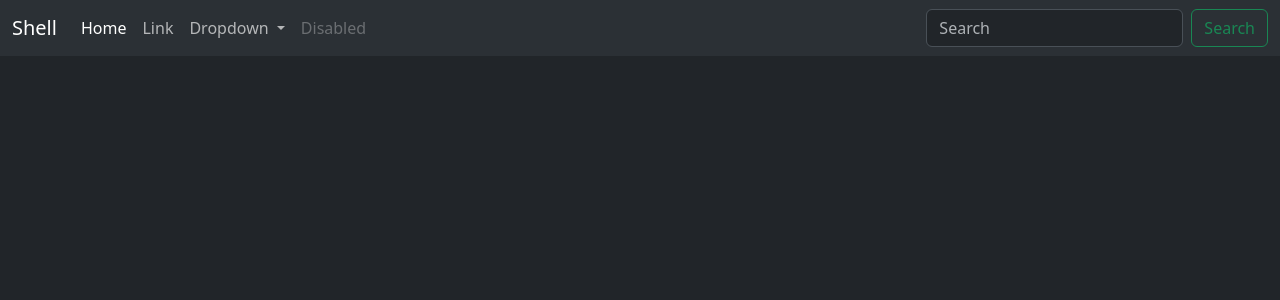
Repository: VictoriousMango/Archive
Page: index.html
An editor plug-in stored every save of this project. The page is shown before and after the next save, followed by the edit.
The browser window is 1280 px wide. The pictures show the whole page.

Above is the page before, as saved 2024-06-05 23:28:26.

After the next save:
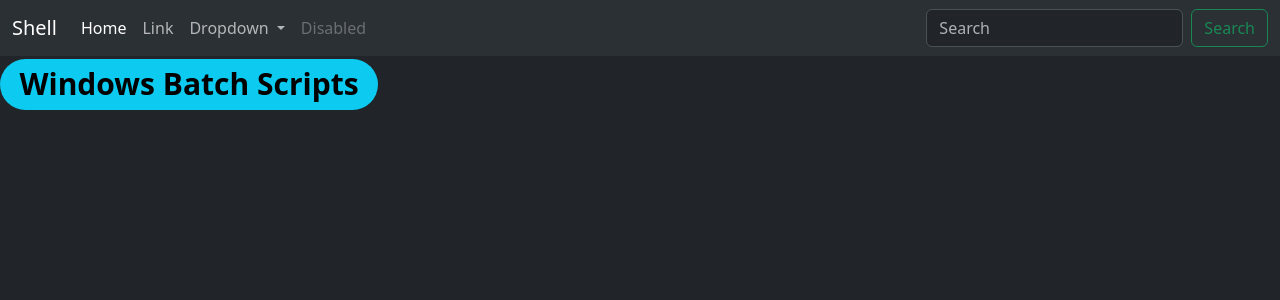
Saved 26 min 50 s later.
--- a/index.html
+++ b/index.html
@@ -44,6 +44,9 @@
             </div>
         </nav>
         <!-- NavBar -->
+
+        <h1><span class="badge rounded-pill text-bg-info">Windows Batch Scripts</span></h1>
+
         <!-- Including JS -->
         <script src="https://cdn.jsdelivr.net/npm/bootstrap@5.3.3/dist/js/bootstrap.bundle.min.js" integrity="sha384-YvpcrYf0tY3lHB60NNkmXc5s9fDVZLESaAA55NDzOxhy9GkcIdslK1eN7N6jIeHz" crossorigin="anonymous"></script>
         <!-- JS for the web page -->
